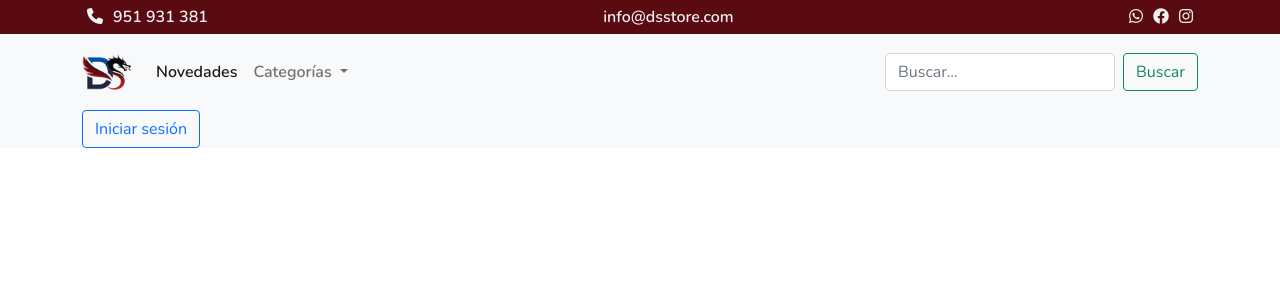
Repository: leasever/store-ts
Page: index.html
The author's editor kept a copy of each file at every save. The page is drawn from the files as they stood at one save, then again after the next save.
The browser window is 1280 px wide. The pictures show the whole page.
Some web libraries are served in a nearby version. The style sheet was rebuilt from its Sass, Less or Tailwind sources for each picture, by a compiler version that may differ from the author's.

Above is the page before, as saved 2022-09-12 17:47:52.

After the next save:
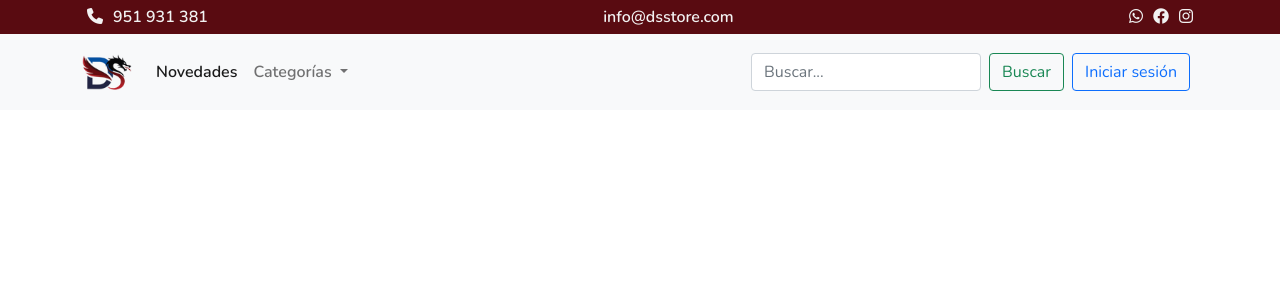
Saved 15 s later.
--- a/index.html
+++ b/index.html
@@ -79,13 +79,12 @@
                      <input class="form-control me-2" type="search" placeholder="Buscar..." aria-label="Search">
                      <button class="btn btn-outline-success" type="submit">Buscar</button>
                   </form>
-
+                  <div class="m-2" id="loginModalButtonContainer">
+                     <a href="#loginModal" class="btn btn-outline-primary " data-bs-toggle="modal">Iniciar sesión</a>
+                  </div>
                </div>
 
             </nav>
-            <div class=" " id="loginModalButtonContainer">
-               <a href="#loginModal" class="btn btn-outline-primary " data-bs-toggle="modal">Iniciar sesión</a>
-            </div>
          </div>
       </div>
    </header>
